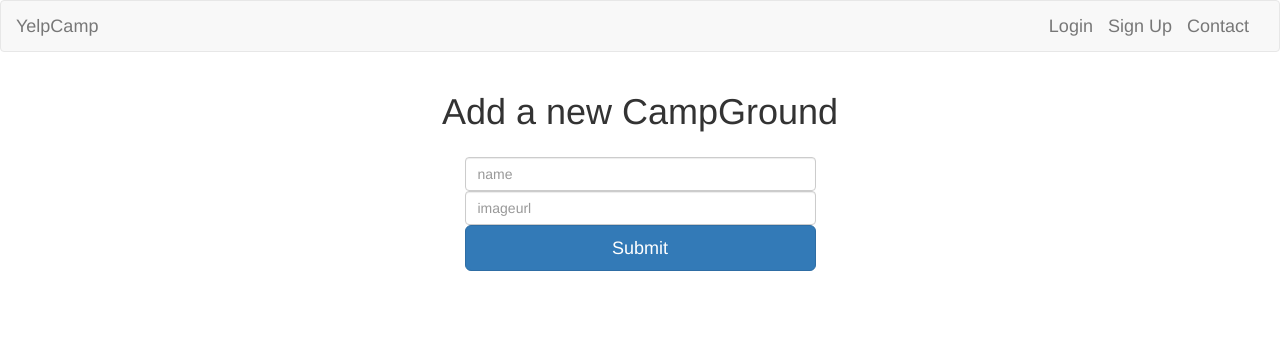
Repository: nittoorp/Web-Developement
Page: http://localhost/campground/new
The author's editor kept a record of every edit. The page is drawn from the files as they stood at one moment, then again after the next edit.
The browser window is 1280 px wide. The pictures show the whole page.
The page is served by the project's Node server (YelpCamp/v1/app.js).

Above is the page before.

After the next edit:
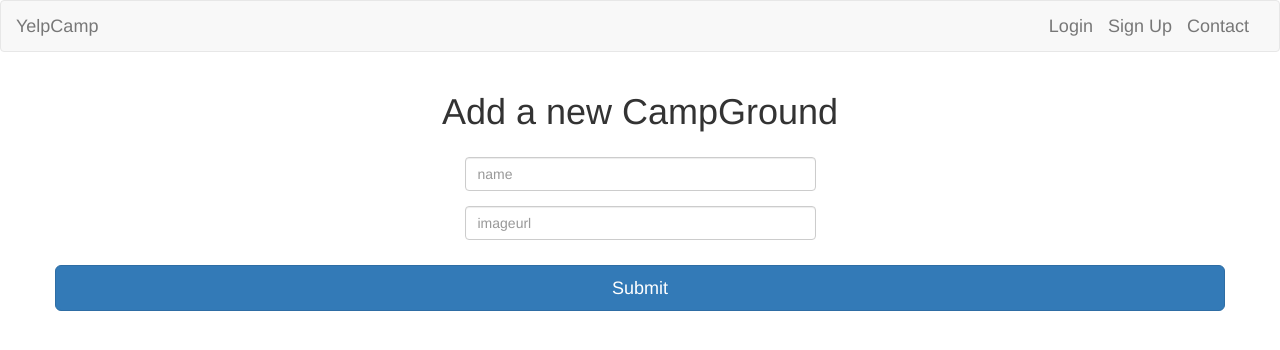
The edit:
--- a/YelpCamp/v1/views/new.ejs
+++ b/YelpCamp/v1/views/new.ejs
@@ -4,9 +4,13 @@
         <h1 style="text-align:center;"> Add a new CampGround</h1>
         <form action="/campground" method="post">
            <div style="width:30%; margin: 25px auto;">
+                <div class="form-group">
                  <input class="form-control" type="text" name="name" placeholder="name"/>
+                 </div>
                  <input class="form-control" type="text" name="url" placeholder="imageurl"/>
+                 </div>
                  <input class="btn btn-primary btn-lg btn-block" type="submit" value="Submit"/>
+                 </div>
            </div>
         </form>
     </div>
